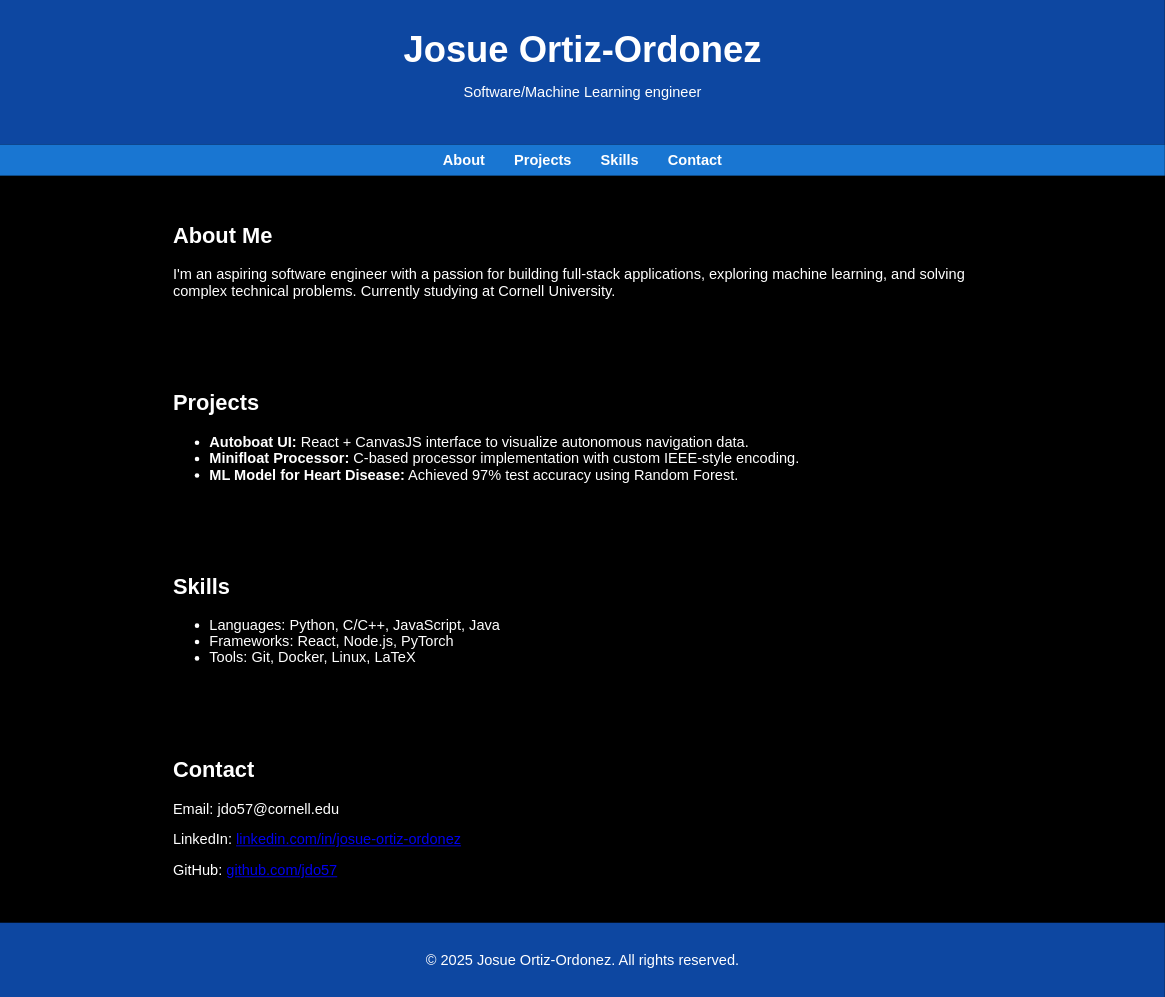
Repository: jdo57/Website
Page: index.html
An editor plug-in stored every save of this project. The page is shown before and after a run of saves, followed by the edit.
The browser window is 1280 px wide. The pictures show the whole page, at 91% of full size.

Above is the page before, as saved 2025-05-26 01:15:43.

### index.html
<!DOCTYPE html>
<html lang="en">
<head>
  <meta charset="UTF-8" />
  <meta name="viewport" content="width=device-width, initial-scale=1.0" />
  <title>Josue Ortiz-Ordonez | Portfolio</title>
  <style>
    :root {
      --primary-color: #0d47a1;
      --background-color: #000000;
      --text-color: #ffffff;
      --accent-color: #1976d2;
    }

    body {
      margin: 0;
      font-family: Arial, sans-serif;
      background-color: var(--background-color);
      color: var(--text-color);
    }

    header {
      background-color: var(--primary-color);
      padding: 2rem;
      text-align: center;
    }

    header h1 {
      margin: 0;
      font-size: 2.5rem;
    }

    nav {
      display: flex;
      justify-content: center;
      background-color: var(--accent-color);
      padding: 0.5rem;
    }

    nav a {
      margin: 0 1rem;
      color: white;
      text-decoration: none;
      font-weight: bold;
    }

    nav a:hover {
      text-decoration: underline;
    }

    section {
      padding: 2rem;
      max-width: 900px;
      margin: auto;
    }

    footer {
      background-color: var(--primary-color);
      color: white;
      text-align: center;
      padding: 1rem;
      position: relative;
    }
  </style>
</head>
<body>
  <header>
    <h1>Josue Ortiz-Ordonez</h1>
    <p>Software/Machine Learning engineer</p>
  </header>

  <nav>
    <a href="#about">About</a>
    <a href="#projects">Projects</a>
    <a href="#skills">Skills</a>
    <a href="#contact">Contact</a>
  </nav>

  <section id="about">
    <h2>About Me</h2>
    <p>
      I'm an aspiring software engineer with a passion for building full-stack applications,
      exploring machine learning, and solving complex technical problems. Currently studying at Cornell University.
    </p>
  </section>

  <section id="projects">
    <h2>Projects</h2>
    <ul>
      <li><strong>Autoboat UI:</strong> React + CanvasJS interface to visualize autonomous navigation data.</li>
      <li><strong>Minifloat Processor:</strong> C-based processor implementation with custom IEEE-style encoding.</li>
      <li><strong>ML Model for Heart Disease:</strong> Achieved 97% test accuracy using Random Forest.</li>
    </ul>
  </section>

  <section id="skills">
    <h2>Skills</h2>
    <ul>
      <li>Languages: Python, C/C++, JavaScript, Java</li>
      <li>Frameworks: React, Node.js, PyTorch</li>
      <li>Tools: Git, Docker, Linux, LaTeX</li>
    </ul>
  </section>

  <section id="contact">
    <h2>Contact</h2>
    <p>Email: jdo57@cornell.edu</p>
    <p>LinkedIn: <a href="https://www.linkedin.com/in/josue-ortiz-ordonez/" target="_blank">linkedin.com/in/josue-ortiz-ordonez</a></p>
    <p>GitHub: <a href="https://github.com/jdo57" target="_blank">github.com/jdo57</a></p>
  </section>

  <footer>
    <p>&copy; 2025 Josue Ortiz-Ordonez. All rights reserved.</p>
  </footer>
</body>
</html>

After the next 6 saves:
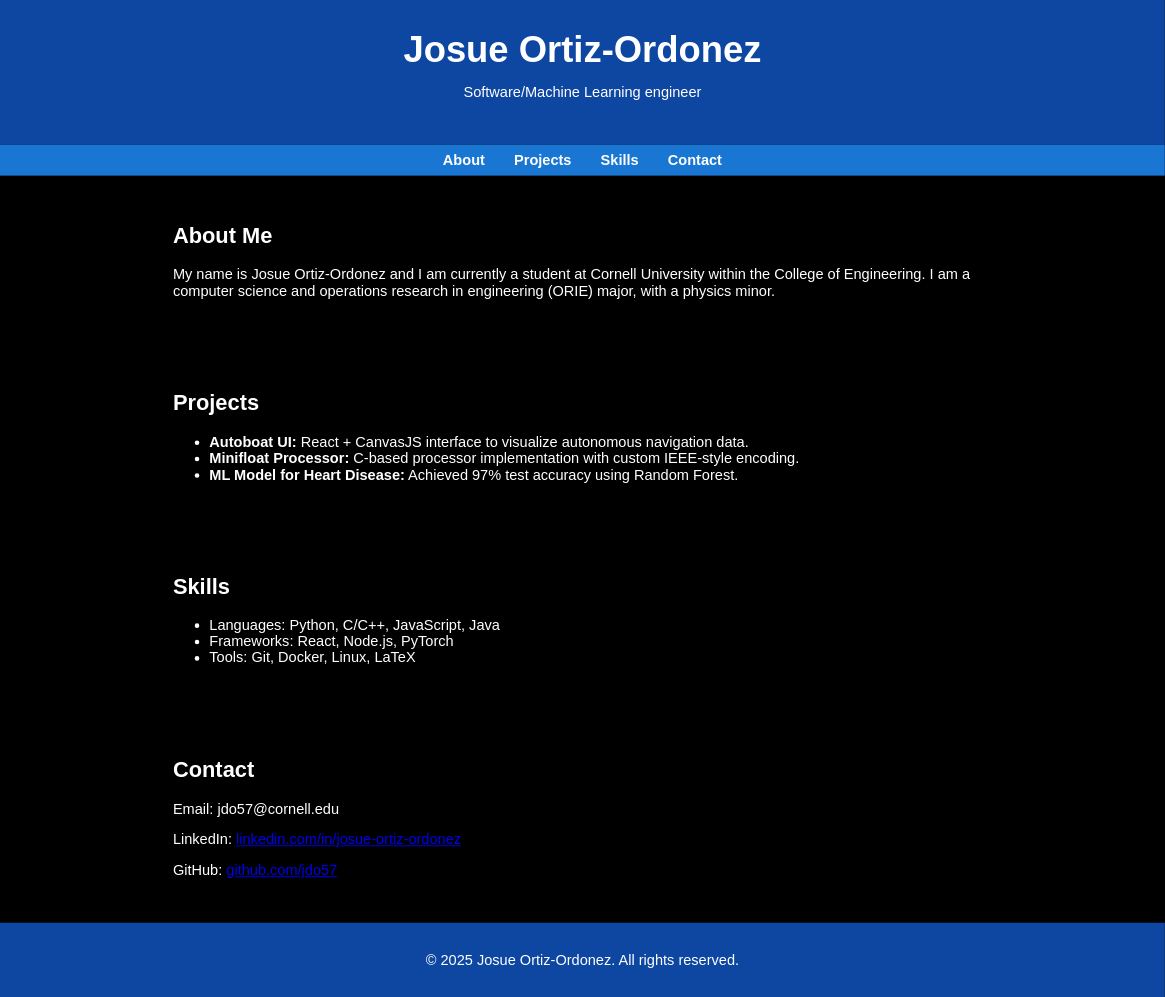
The 6 saves are shown as one change because they came seconds apart.
The last was saved 31 s later.
--- a/index.html
+++ b/index.html
@@ -79,8 +79,9 @@
   <section id="about">
     <h2>About Me</h2>
     <p>
-      I'm an aspiring software engineer with a passion for building full-stack applications,
-      exploring machine learning, and solving complex technical problems. Currently studying at Cornell University.
+      My name is Josue Ortiz-Ordonez and I am currently a student at Cornell University within
+      the College of Engineering. I am a computer science and operations research in engineering
+      (ORIE) major, with a physics minor.
     </p>
   </section>
 
